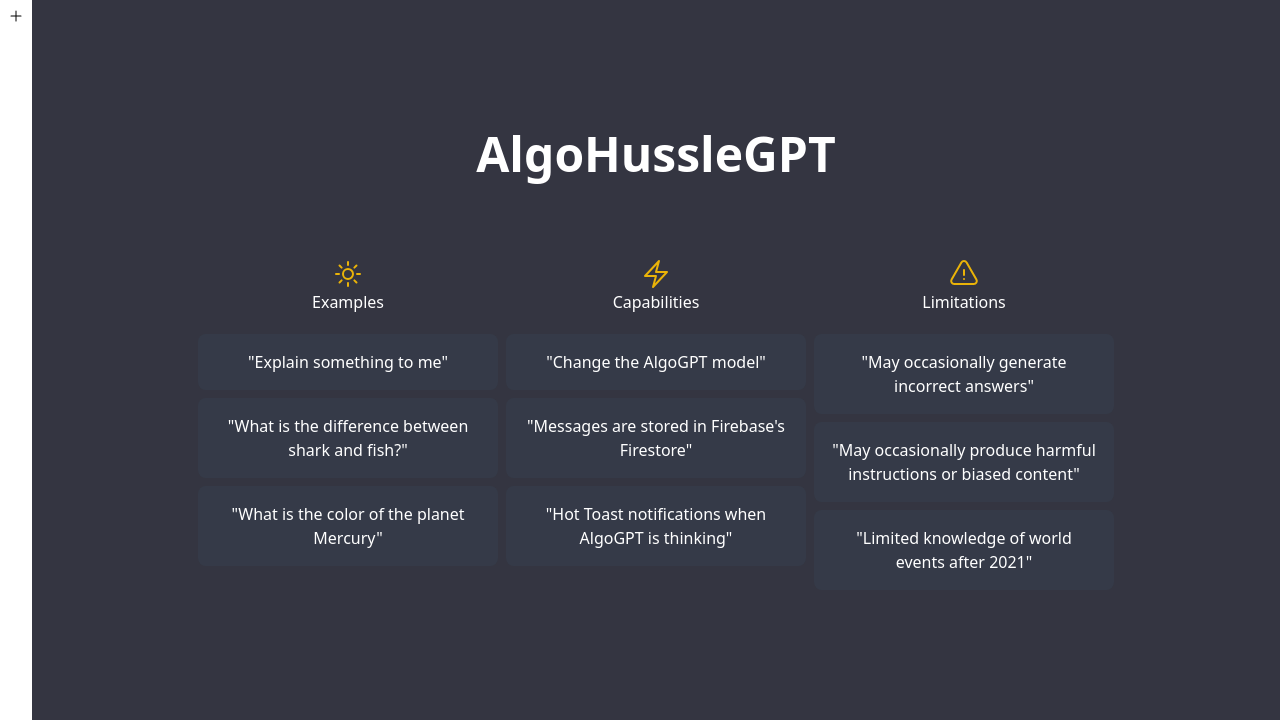
Repository: AlgoHussle/algo-gpt
Page: /
These files come from the project's save history. The page is drawn as it stood at one moment and after the next save; the edit follows.
The browser window is 1280 px wide. The pictures show the whole page.
The project was rebuilt for these pictures with package versions that can differ from the ones it lists, and the page was loaded fresh each time. The framework's server and built-in components were replaced by stand-ins that run in the browser. Also part of the build but not shown: next.config.js.

Above is the page before, as saved 2023-02-08 16:35:08.

### app/layout.tsx
import SideBar from '../components/SideBar'
import '../styles/globals.css'

export default function RootLayout({
  children,
}: {
  children: React.ReactNode
}) {
  return (
    <html>
      <head />
      <body>
        <div className='flex'>
        <SideBar />

        {/* ClientProvider - notfication */}

        <div className='bg-[#343541] flex-1'>{children}</div>
        </div>

        </body>
    </html>
  )
}

### app/page.tsx
import {
    BoltIcon,
    ExclamationTriangleIcon,
    SunIcon
} from '@heroicons/react/24/outline'

function Homepage() {
    return (
    <div className="flex flex-col items-center justify-center h-screen
        px-2 text-white">
            <h1 className="text-5xl font-bold mb-20">AlgoHussleGPT </h1>

        <div className='flex space-x-2 text-center'>
            <div>
                <div className="flex flex-col items-center justify-center mb-5">
                    {/* Sun Icon */}
                    <SunIcon className='h-8 w- text-yellow-500' />
                    <h2>Examples</h2>
                </div>

                <div className="space-y-2">
                    <p className="infoText">"Explain something to me"</p>
                    <p className="infoText">"What is the difference between shark and fish?"</p>
                    <p className="infoText">"What is the color of the planet Mercury"</p>
                </div>
            </div>

            <div>
                <div className="flex flex-col items-center justify-center mb-5">
                    {/* Sun Icon */}
                    <BoltIcon className='h-8 w- text-yellow-500' />
                    <h2>Capabilities</h2>
                </div>

                <div className="space-y-2">
                    <p className="infoText">"Change the AlgoGPT model"</p>
                    <p className="infoText">"Messages are stored in Firebase's Firestore"</p>
                    <p className="infoText">"Hot Toast notifications when AlgoGPT is thinking"</p>
                </div>
            </div>

            <div>
                <div className="flex flex-col items-center justify-center mb-5">
                    {/* Sun Icon */}
                    <ExclamationTriangleIcon className='h-8 w- text-yellow-500' />
                    <h2>Limitations</h2>
                </div>

                <div className="space-y-2">
                    <p className="infoText">"May occasionally generate incorrect answers"</p>
                    <p className="infoText">"May occasionally produce harmful instructions or biased content"</p>
                    <p className="infoText">"Limited knowledge of world events after 2021"</p>
                </div>
            </div>
        </div>
    </div>
    )
}

export default Homepage

### components/SideBar.tsx
import NewChat from "./NewChat";

function SideBar() {
    return (
        <div className='p-2 flex flex-col h-screen'>
            <div className='flex-1'>
                <div>

                {/* New Chat */}
                <NewChat/>
                <div>
                    {/* Model Selection */}
                </div>

                {/* Map through chat rows */}

                </div>
            </div>
        </div>
    )
}

export default SideBar;

### styles/globals.css
@tailwind base;
@tailwind components;
@tailwind utilities;

@layer components {
    .infoText {
        @apply p-4 bg-gray-700/50 rounded-lg max-w-[300px]
    }
}

### components/NewChat.tsx
import { PlusIcon } from "@heroicons/react/24/solid";

function NewChat() {
    return (
        <div>
            <PlusIcon className='h-4 w-4' />
           <p></p>
        </div>
    );
}

export default NewChat;

Loaded but not shown: tailwind.config.js (common file)

After the next save:
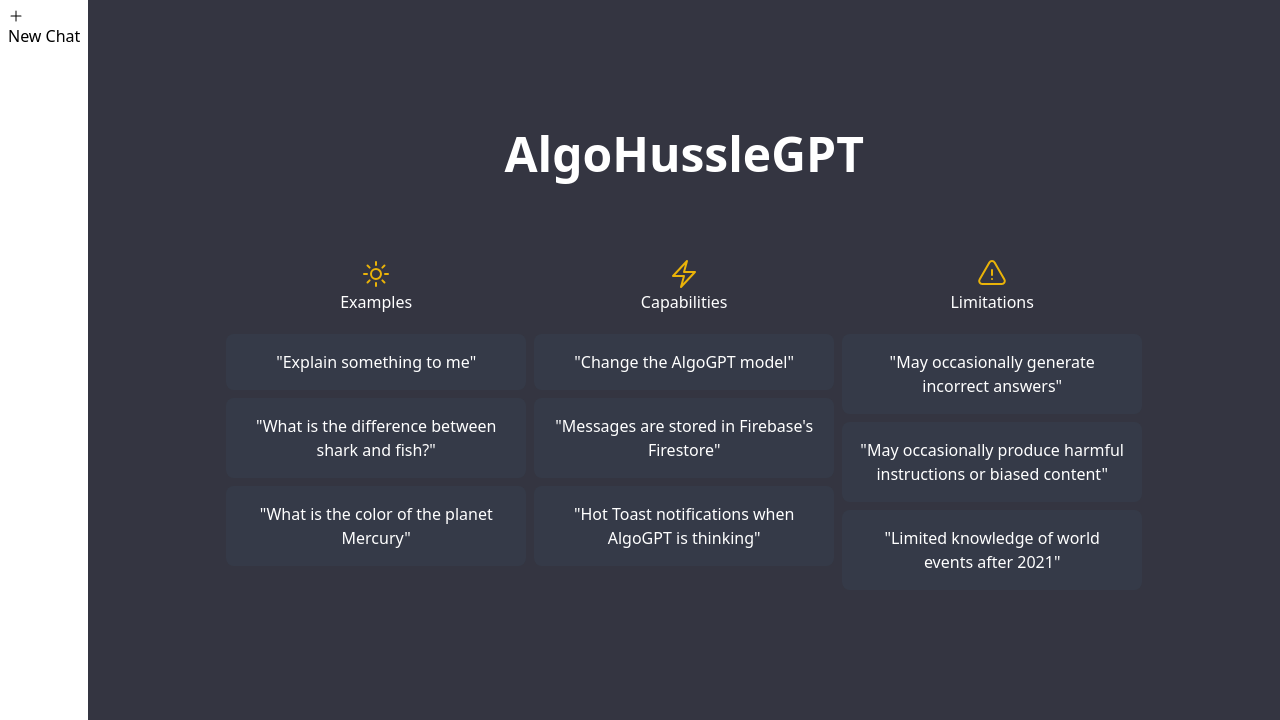
Saved 23 s later.
--- a/components/NewChat.tsx
+++ b/components/NewChat.tsx
@@ -4,7 +4,7 @@
     return (
         <div>
             <PlusIcon className='h-4 w-4' />
-           <p></p>
+           <p> New Chat</p>
         </div>
     );
 }
